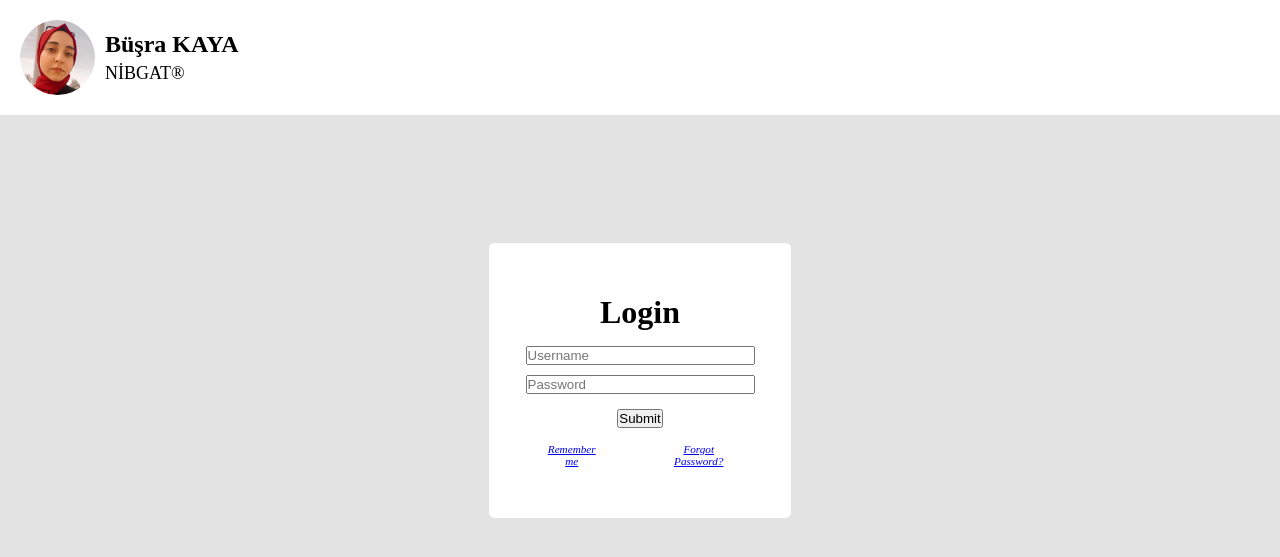
Repository: busra-kayaa/LoginPage
Page: login.html
The author's editor kept a copy of each file at every save. The page is drawn from the files as they stood at one save, then again after the next save.
The browser window is 1280 px wide. The pictures show the whole page.

Above is the page before, as saved 2024-01-02 19:04:17.

After the next save:
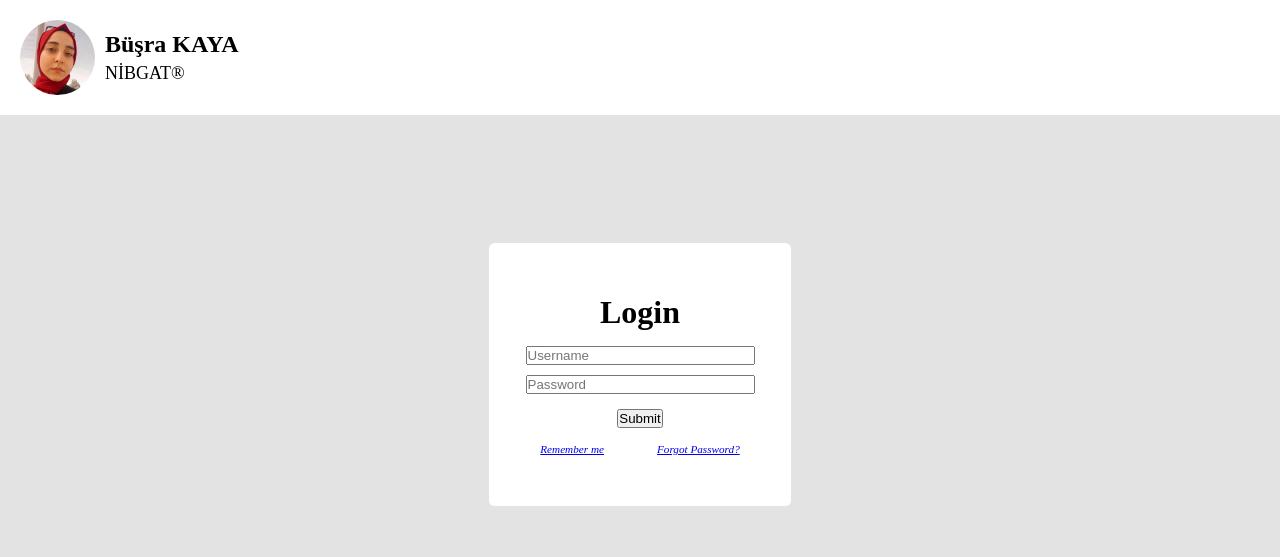
Saved 4 s later.
--- a/style.css
+++ b/style.css
@@ -92,5 +92,5 @@ body {
     flex-direction:raw;
     font-size: 70%;
     font-style: italic;
-    gap: 54px;
+    gap: 53px;
 }
